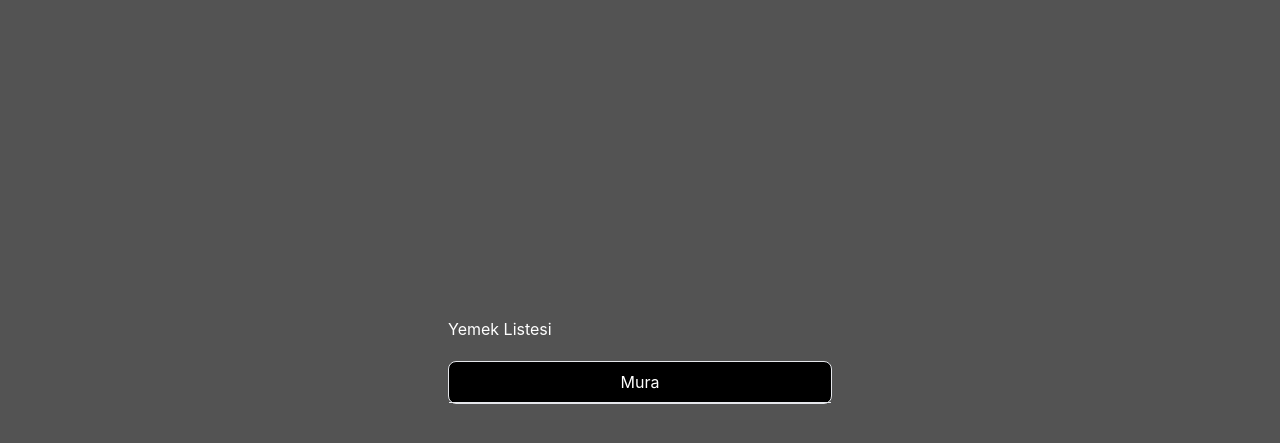
Repository: muratyildiz63/Composition-API-Nedir-todo-list
Page: /
The author's editor kept a copy of each file at every save. The page is drawn from the files as they stood at one save, then again after the next save.
The browser window is 1280 px wide. The pictures show the whole page.
The project was rebuilt for these pictures with package versions that can differ from the ones it lists, and the page was loaded fresh each time. Also part of the build but not shown: vite.config.js.

Above is the page before, as saved 2022-08-15 18:50:27.

### src/main.js
import { createApp } from 'vue'
import './style.css'
import App from './App.vue'
import './index.css'

createApp(App).mount('#app')

### src/App.vue
<template>
  <div class="w-full h-full text-white">
    <h3 class="w-full flex  mb-5">Yemek Listesi</h3>

    <div class="flex justify-center">
      <div
        class="bg-black rounded-lg border border-gray-200 w-96 text-gray-900"      >
        <div
          aria-current="true"
          class="
            block
            px-6
            py-2
            border-b border-gray-200
            w-full
            rounded-t-lg
            text-white
            cursor-pointer
          "
        >
          Mura
        </div>


      </div>
    </div>
  </div>
</template>

### src/index.css
@tailwind base;
@tailwind components;
@tailwind utilities;
body {
    background-color: rgb(83 83 83);
}

### tailwind.config.cjs
module.exports = {
    content: [
        "./index.html",
        "./src/**/*.{vue,js,ts,jsx,tsx}",
    ],
    theme: {
        extend: {},
    },
    plugins: [],
}

Loaded but not shown: index.html (common file); src/style.css (common file)

After the next save:
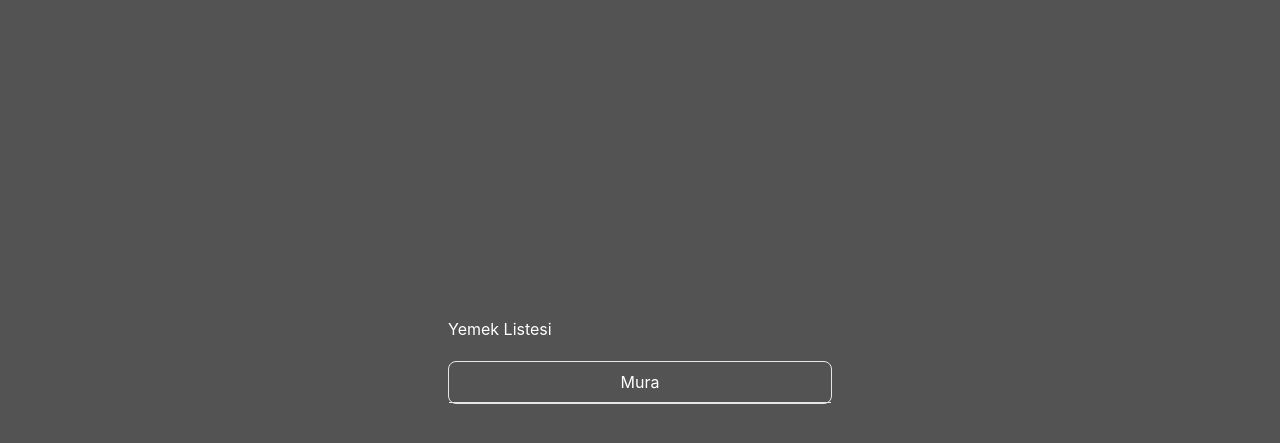
Saved 8 s later.
--- a/src/App.vue
+++ b/src/App.vue
@@ -4,7 +4,7 @@
 
     <div class="flex justify-center">
       <div
-        class="bg-black rounded-lg border border-gray-200 w-96 text-gray-900"      >
+        class="bg-black-500 rounded-lg border border-gray-200 w-96 text-gray-900"      >
         <div
           aria-current="true"
           class="

After the 3 saves that followed:
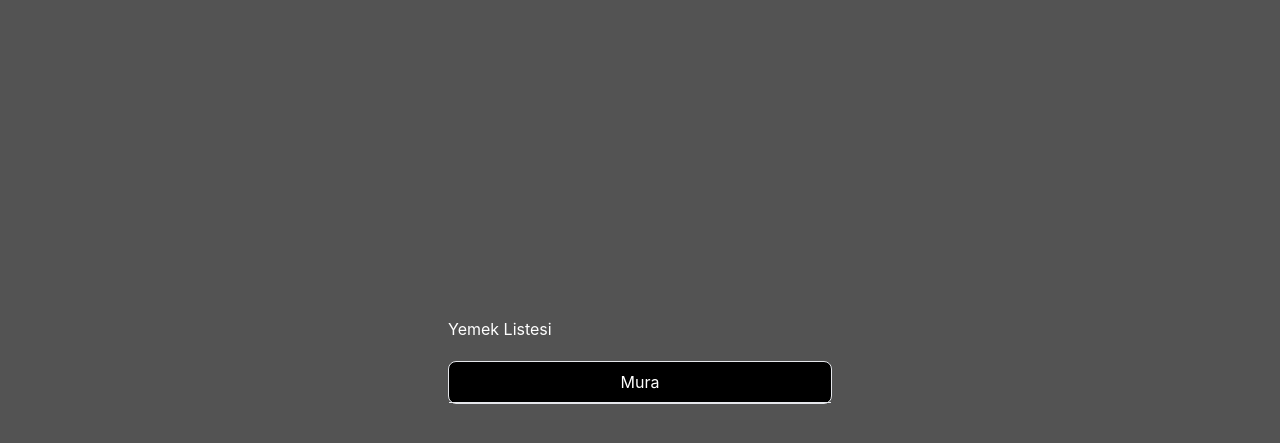
The 3 saves are shown as one change because 1 left the picture as it was and some came seconds apart.
The last was saved 12 s later.
--- a/src/App.vue
+++ b/src/App.vue
@@ -4,7 +4,7 @@
 
     <div class="flex justify-center">
       <div
-        class="bg-black-500 rounded-lg border border-gray-200 w-96 text-gray-900"      >
+        class="bg-black rounded-lg border border-gray-200 w-96 text-gray-900"      >
         <div
           aria-current="true"
           class="
